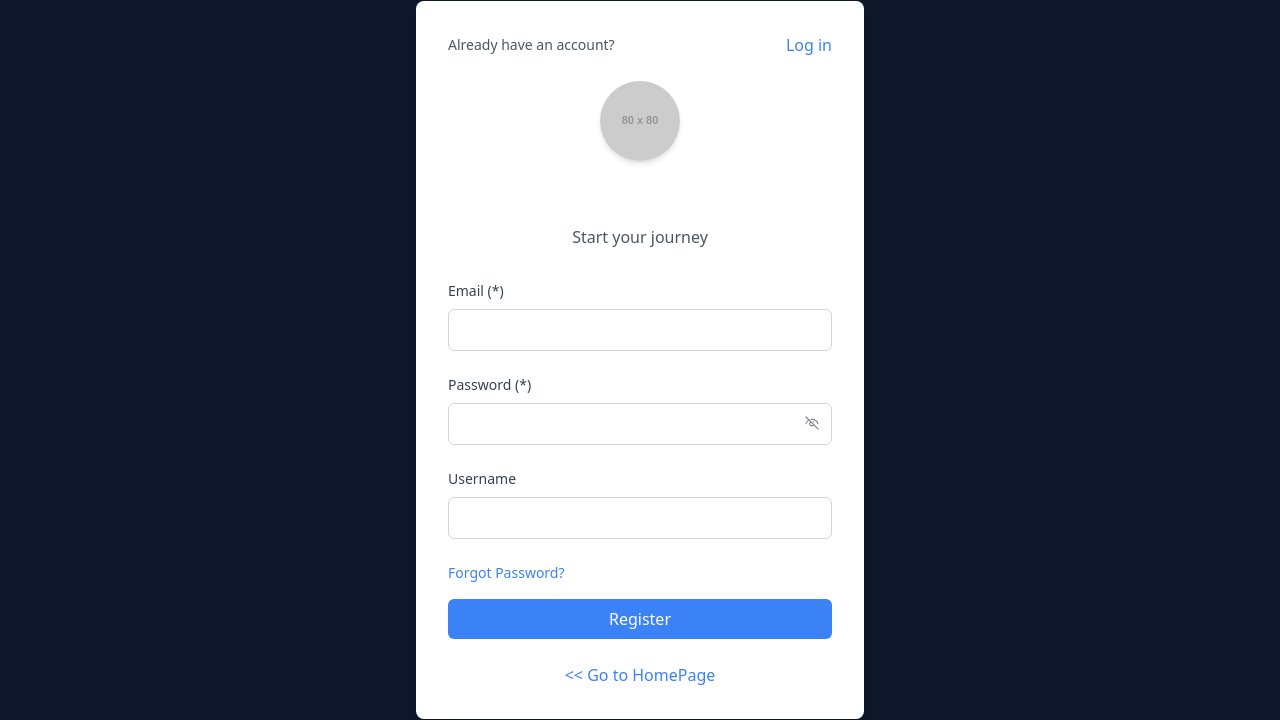
Repository: DatVX02/SWD392--ChienNV33
Page: /register (app in FE/ticket-reused/)
An editor plug-in stored every save of this project. The page is shown before and after the next save, followed by the edit.
The browser window is 1280 px wide. The pictures show the whole page.
The project was rebuilt for these pictures with package versions that can differ from the ones it lists, and the page was loaded fresh each time. Also part of the build but not shown: FE/ticket-reused/vite.config.js, FE/ticket-reused/src/components/banner/Banner.jsx, FE/ticket-reused/src/components/layout/Header.jsx, FE/ticket-reused/src/components/button/Button.jsx, FE/ticket-reused/src/components/loading/LoadingSkeleton.jsx, FE/ticket-reused/src/components/ticket/TicketCard.jsx, FE/ticket-reused/src/components/ticket/TicketList.jsx, FE/ticket-reused/src/App.jsx and 2 more.

Above is the page before, as saved 2024-10-09 20:57:48.

After the next save:
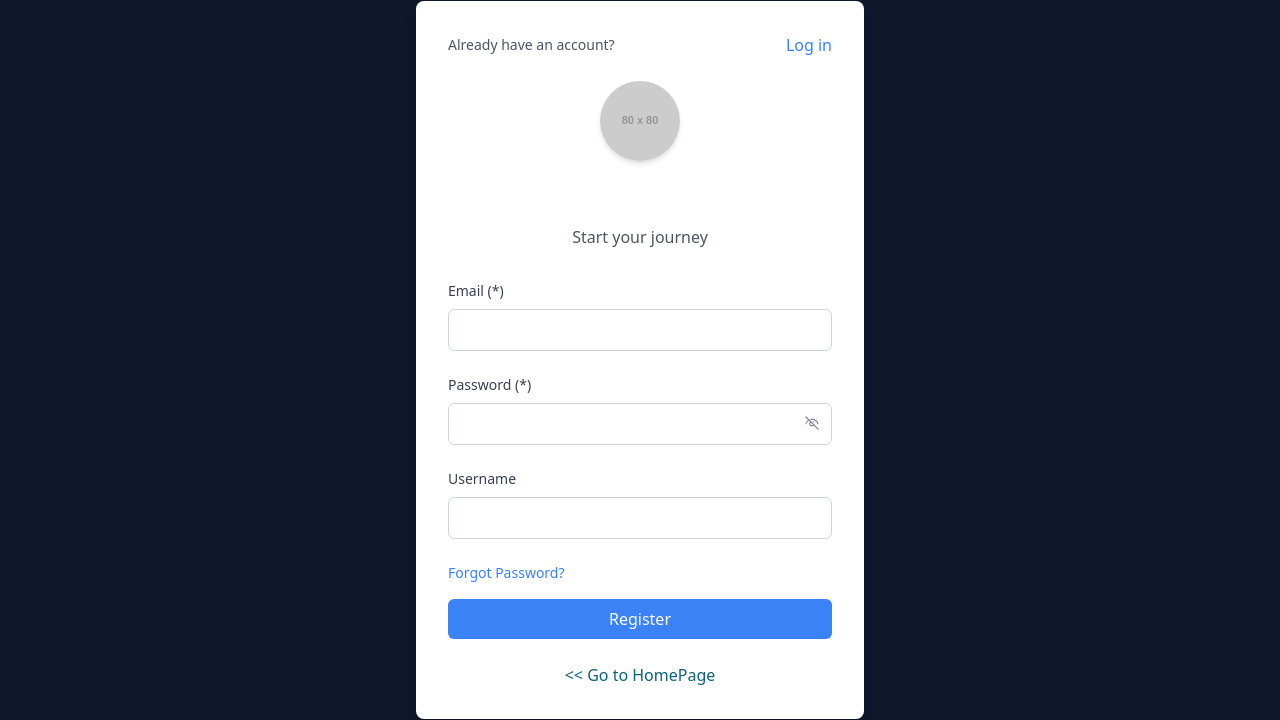
Saved 31 s later.
--- a/FE/ticket-reused/src/components/Auther/Register.jsx
+++ b/FE/ticket-reused/src/components/Auther/Register.jsx
@@ -147,7 +147,7 @@
           {/* Back to Home */}
           <div className="mt-4 text-center">
             <span
-              className="text-blue-500 cursor-pointer hover:underline"
+              className="cursor-pointer text-secondary hover:underline"
               onClick={() => navigate("/")}
             >
               &#60;&#60; Go to HomePage
